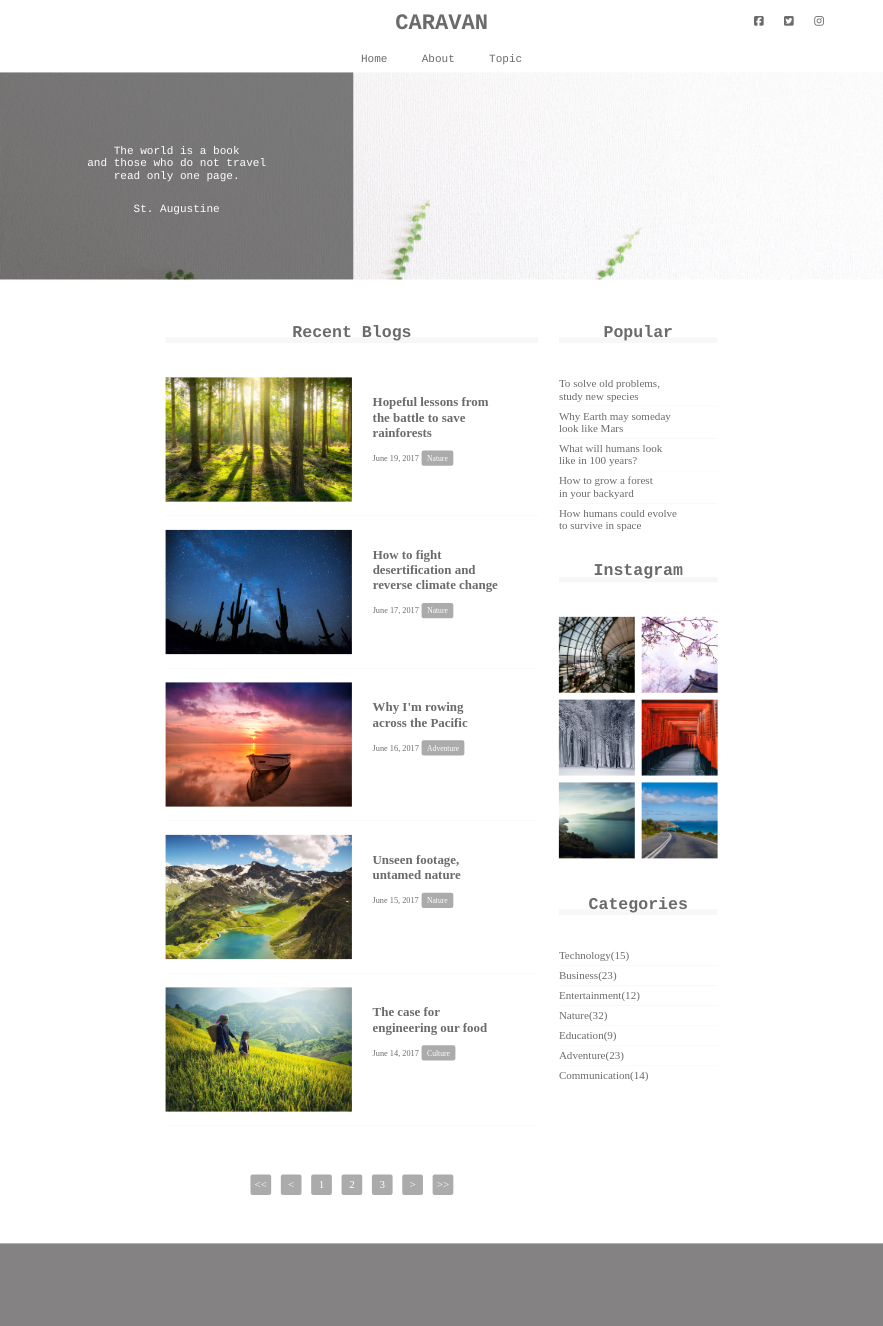
Repository: momopomi/htmlcss
Page: exercise/1-9.html
The author's editor kept a record of every edit. The page is drawn from the files as they stood at one moment, then again after the next edit.
The browser window is 1280 px wide. The pictures show the whole page, at 69% of full size.
Some web libraries are served in a nearby version.

Above is the page before.

After the next edit:
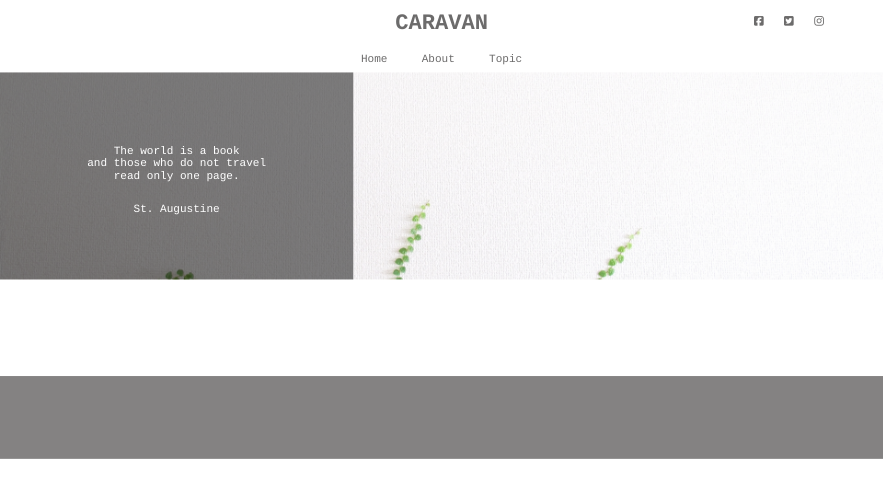
The edit:
--- a/exercise/1-9.html
+++ b/exercise/1-9.html
@@ -48,131 +48,7 @@
 
     <!-- main用のdiv -->
     <main>
-      <section class="blog">
-        <h2 class="blog-heading">Recent Blogs</h2>
-        <div class="blog-box">
-          <div class="blog-item">
-            <img class="blog-image" src="img/forest.jpg" />
-            <section class="blog-text">
-              <h3 class="blog-text-heading">
-                <a href="single.html">
-                  Hopeful lessons from<br />
-                  the battle to save<br />
-                  rainforests
-                </a>
-              </h3>
-              <p class="blog-date">June 19, 2017</p>
-              <span class="category">Nature</span>
-            </section>
-          </div>
-          <div class="blog-item">
-            <img class="blog-image" src="img/desert.jpg" />
-            <section class="blog-text">
-              <h3 class="blog-text-heading">
-                <a href="single.html">
-                  How to fight<br />
-                  desertification and<br />
-                  reverse climate change
-                </a>
-              </h3>
-              <p class="blog-date">June 17, 2017</p>
-              <span class="category">Nature</span>
-            </section>
-          </div>
-          <div class="blog-item">
-            <img class="blog-image" src="img/sunset.jpg" />
-            <section class="blog-text">
-              <h3 class="blog-text-heading">
-                <a href="single.html">
-                  Why I'm rowing<br />
-                  across the Pacific
-                </a>
-              </h3>
-              <p class="blog-date">June 16, 2017</p>
-              <span class="category">Adventure</span>
-            </section>
-          </div>
-          <div class="blog-item">
-            <img class="blog-image" src="img/italy.jpg" />
-            <section class="blog-text">
-              <h3 class="blog-text-heading">
-                <a href="single.html">
-                  Unseen footage,<br />
-                  untamed nature
-                </a>
-              </h3>
-              <p class="blog-date">June 15, 2017</p>
-              <span class="category">Nature</span>
-            </section>
-          </div>
-          <div class="blog-item">
-            <img class="blog-image" src="img/asia.jpg" />
-            <section class="blog-text">
-              <h3 class="blog-text-heading">
-                <a href="single.html">
-                  The case for<br />
-                  engineering our food
-                </a>
-              </h3>
-              <p class="blog-date">June 14, 2017</p>
-              <span class="category">Culture</span>
-            </section>
-          </div>
-        </div>
-        <div class="pagination">
-          <p><<</p>
-          <p><</p>
-          <p>1</p>
-          <p>2</p>
-          <p>3</p>
-          <p>></p>
-          <p>>></p>
-        </div>
-      </section>
-      <div class="sidebar">
-        <section class="popular">
-          <h2 class="popular-heading common-heading">Popular</h2>
-          <div class="sidebar-contents">
-            <p class="popular-text">
-              To solve old problems,<br />study new species
-            </p>
-            <p class="popular-text">
-              Why Earth may someday<br />look like Mars
-            </p>
-            <p class="popular-text">
-              What will humans look<br />like in 100 years?
-            </p>
-            <p class="popular-text">
-              How to grow a forest<br />in your backyard
-            </p>
-            <p class="popular-text">
-              How humans could evolve<br />to survive in space
-            </p>
-          </div>
-        </section>
-        <section class="instagram">
-          <h2 class="instagram-heading common-heading">Instagram</h2>
-          <div class="sidebar-contents">
-            <div class="instagram-box"></div>
-            <div class="instagram-box"></div>
-            <div class="instagram-box"></div>
-            <div class="instagram-box"></div>
-            <div class="instagram-box"></div>
-            <div class="instagram-box"></div>
-          </div>
-        </section>
-        <section class="categories">
-          <h2 class="categories-heading common-heading">Categories</h2>
-          <div class="sidebar-contents">
-            <p class="categories-text">Technology(15)</p>
-            <p class="categories-text">Business(23)</p>
-            <p class="categories-text">Entertainment(12)</p>
-            <p class="categories-text">Nature(32)</p>
-            <p class="categories-text">Education(9)</p>
-            <p class="categories-text">Adventure(23)</p>
-            <p class="categories-text">Communication(14)</p>
-          </div>
-        </section>
+
       </div>
     </main>
 
